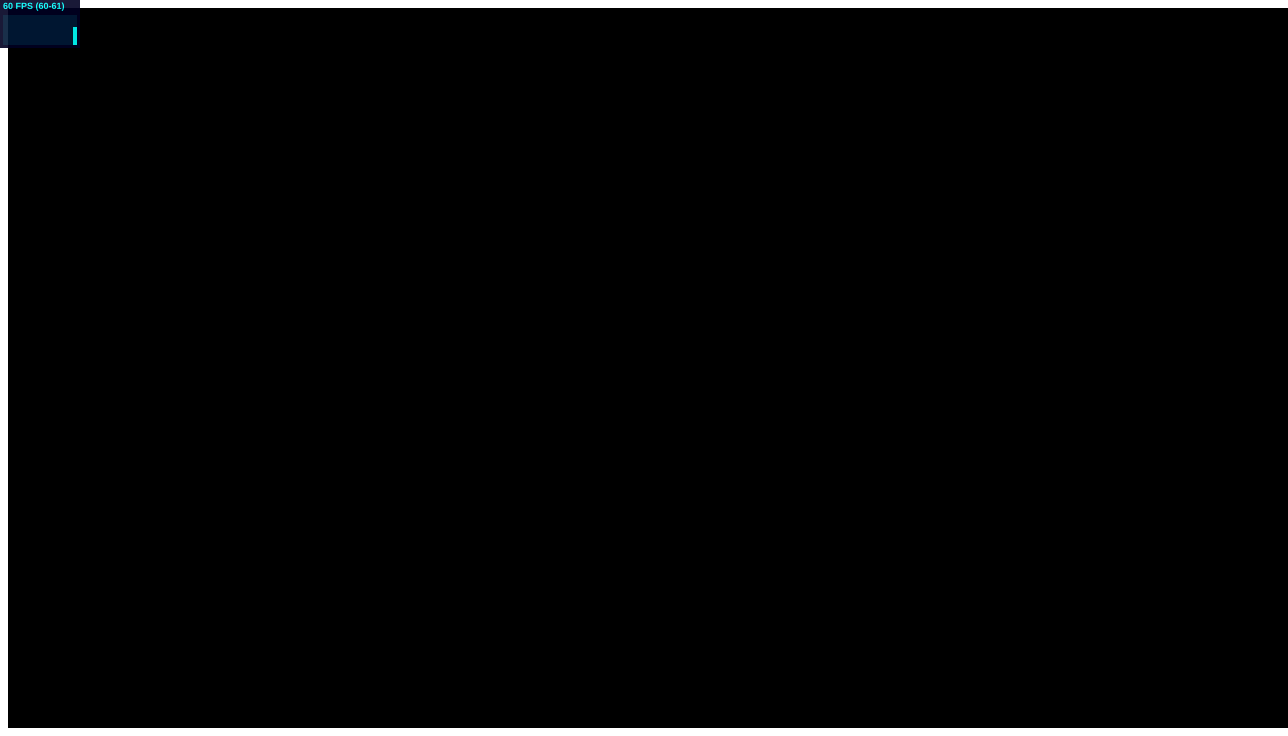
Repository: jocarsa/ThreeJSVJ
Page: index25.html
The author's editor kept a record of every edit. The page is drawn from the files as they stood at one moment, then again after the next edit.
The browser window is 1280 px wide. The page is 1288 px wide, so the pictures cover 1288 px, including what lies to the right of the window. The pictures show the whole page.

Above is the page before.

After the next edit:
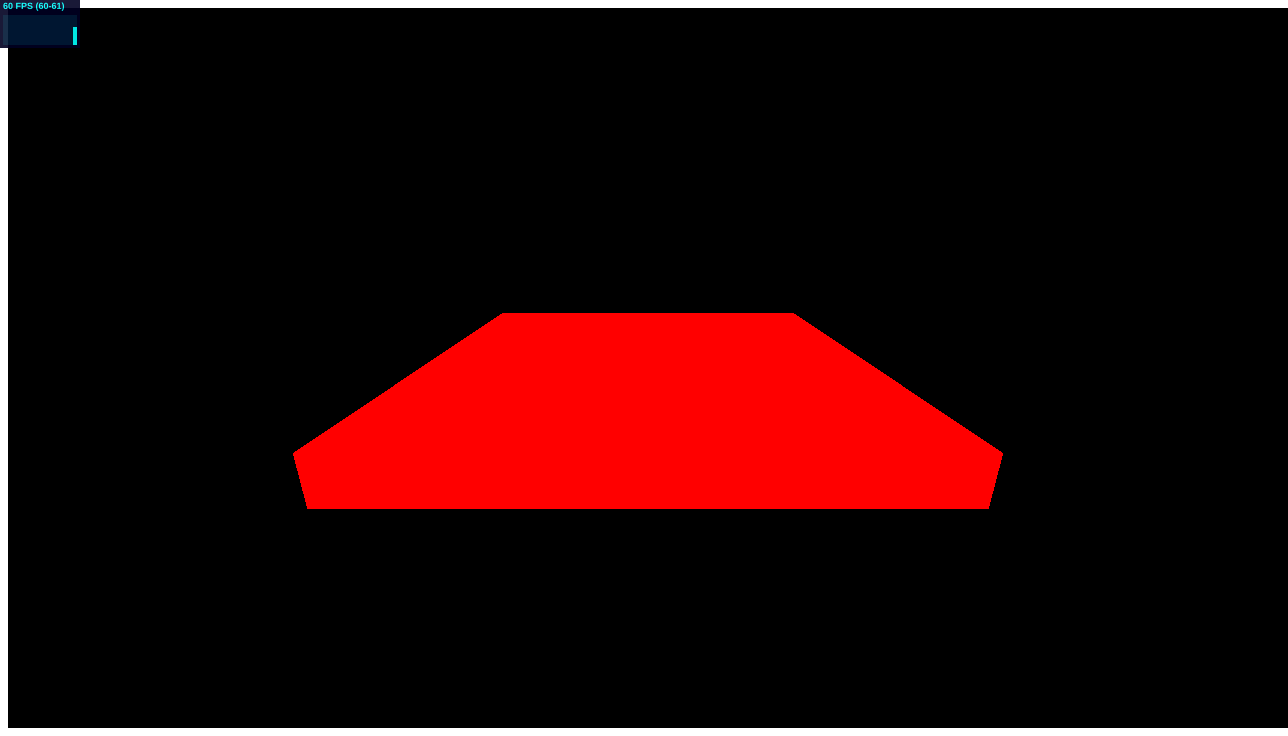
The edit:
--- a/index25.html
+++ b/index25.html
@@ -31,7 +31,15 @@
 
 			    stats = new Stats();
 
+			   var caja = new THREE.BoxGeometry(5,5,5);
+			    var material = new THREE.MeshPhongMaterial({color:0xff0000})
+			    micubo = new THREE.Mesh(caja,material);
+			    scene.add(micubo)
 
+			    var caja = new THREE.BoxGeometry(55,5,55);
+			    var material = new THREE.MeshPhongMaterial({color:0xff0000})
+			    micubo = new THREE.Mesh(caja,material);
+			    scene.add(micubo)
 
 
                    luz = new THREE.PointLight( 0xffffff, 2, 1000 );
